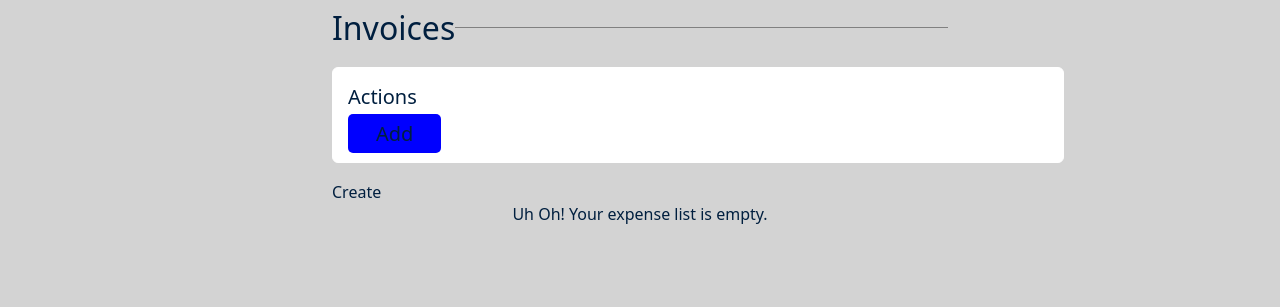
Repository: om1ars/task3
Page: /
An editor plug-in stored every save of this project. The page is shown before and after a run of saves, followed by the edit.
The browser window is 1280 px wide. The pictures show the whole page.
Some web libraries are served in a nearby version. The project was rebuilt for these pictures with package versions that can differ from the ones it lists, and the page was loaded fresh each time. Also part of the build but not shown: src/components/footer/footer.css, src/components/footer/index.js, src/constants/add-expense.js, src/components/add-form/add-form.css, src/components/add-form/success-modal.css, src/components/add-form/success-modal.js, src/components/add-form/index.js, src/pages/add-expense/add-expense.css and 3 more.

Above is the page before, as saved 2021-12-18 15:23:24.

### public/index.html
<!DOCTYPE html>
<html lang="en">
  <head>
    <meta charset="utf-8" />
    <link rel="icon" href="%PUBLIC_URL%/favicon.ico" />
    <meta name="viewport" content="width=device-width, initial-scale=1" />
    <meta name="theme-color" content="#000000" />
    <meta name="description" content="SPA to track all your expenses" />
    <link rel="apple-touch-icon" href="%PUBLIC_URL%/logo192.png" />
    <!--
      manifest.json provides metadata used when your web app is installed on a
      user's mobile device or desktop. See https://developers.google.com/web/fundamentals/web-app-manifest/
    -->
    <link rel="manifest" href="%PUBLIC_URL%/manifest.json" />
    <link rel="preconnect" href="https://fonts.googleapis.com" />
    <link rel="preconnect" href="https://fonts.gstatic.com" crossorigin />
    <link
      href="https://fonts.googleapis.com/css2?family=Noto+Sans&display=swap"
      rel="stylesheet"
    />
    <link
      rel="stylesheet"
      href="https://cdn-uicons.flaticon.com/uicons-regular-rounded/css/uicons-regular-rounded.css"
    />
    <link
      rel="stylesheet"
      href="https://cdn.jsdelivr.net/gh/devicons/devicon@v2.12.0/devicon.min.css"
    />
    <title>Xpensr</title>
  </head>
  <body>
    <noscript>You need to enable JavaScript to run this app.</noscript>
    <div id="root"></div>
    <!--
      This HTML file is a template.
      If you open it directly in the browser, you will see an empty page.

      You can add webfonts, meta tags, or analytics to this file.
      The build step will place the bundled scripts into the <body> tag.

      To begin the development, run `npm start` or `yarn start`.
      To create a production bundle, use `npm run build` or `yarn build`.
    -->
  </body>
</html>

### src/index.js
import React from "react";
import ReactDOM from "react-dom";
import "./index.css";
import App from "./App";
import reportWebVitals from "./reportWebVitals";
import { Provider } from "react-redux";
import store from "./redux/store/index";

ReactDOM.render(
  <Provider store={store}>
    <App />
  </Provider>,
  document.getElementById("root")
);

// If you want to start measuring performance in your app, pass a function
// to log results (for example: reportWebVitals(console.log))
// or send to an analytics endpoint. Learn more: https://bit.ly/CRA-vitals
reportWebVitals();

### src/index.css
body {
  margin: 0;
  font-family: "Noto Sans", sans-serif;
  -webkit-font-smoothing: antialiased;
  -moz-osx-font-smoothing: grayscale;
  background-color: lightgray;
  color: #001f3f;
}
a {
  text-decoration: none;
  color: #001f3f;
}
.button {
  /* background: #71ccca; */
  box-shadow: 20px 20px 60px #60adac, -20px -20px 60px #82ebe8;
}
code {
  font-family: source-code-pro, Menlo, Monaco, Consolas, "Courier New",
    monospace;
}

### src/App.js
import React from "react";
import { BrowserRouter as Router, Route, Switch } from "react-router-dom";
import Footer from "./components/footer";
import Header from "./components/header";
import AddExpense from "./pages/add-expense";
import Home from "./pages/home/index";

const App = () => {
  return (
    <Router>
      <Header />
      <Switch>
        <Route path="/" exact component={Home} />
        <Route path="/add-expense" component={AddExpense} />
      </Switch>
    </Router>
  );
};

export default App;

### src/redux/store/index.js
import { combineReducers, createStore } from "redux";
import { expenseReducer } from "../reducers/expenses";
const reducer = combineReducers({
  expenses: expenseReducer,
});
const initialState = {};
const store = createStore(reducer, initialState);

export default store;

### src/components/header/index.js
import React from "react";
import "./header.css";
const Header = () => {
  return (
    <div className="header-container">
      <div className="header" style={{ display: "flex", alignItems: "center" }}>
        <div className="header-logo">
          Invoices
        </div>
        <div
          style={{ height: "1px", width: "100%", backgroundColor: "gray" }}
        ></div>
      </div>
    </div>
  );
};

export default Header;

### src/pages/home/index.js
import React from "react";
import ExpenseList from "../../components/expense-list";
import Footer from "../../components/footer";
import Header from "../../components/header";
import TopFold from "../../components/top-fold";
import "./home.css";
const Home = () => {
  return (
    <div className="home">
      <TopFold />
      <ExpenseList />
    </div>
  );
};

export default Home;

### src/redux/reducers/expenses.js
import {
  ADD_EXPENSE,
  DELETE_EXPENSE,
  SEARCH_EXPENSE,
} from "../action-types/expenses";

const initialList = () => {
  const list = localStorage.getItem("expense-list");
  let expenses = [];
  if (list) {
    expenses = JSON.parse(list);
  }
  return expenses;
};
const initialState = {
  expenseList: initialList(),
  query: "",
};

export const expenseReducer = (state = initialState, action) => {
  switch (action.type) {
    case ADD_EXPENSE: {
      localStorage.setItem(
        "expense-list",
        JSON.stringify([...state.expenseList, action.data])
      );
      return {
        ...state,
        expenseList: [...state.expenseList, action.data],
        query: "",
      };
    }
    case DELETE_EXPENSE: {
      const { data } = action;
      const updatedList = state.expenseList.filter(
        (item) => item.createdAt !== data.createdAt
      );
      localStorage.setItem("expense-list", JSON.stringify(updatedList));
      return {
        ...state,
        expenseList: updatedList,
      };
    }
    case SEARCH_EXPENSE: {
      const { query } = action;
      return {
        ...state,
        query,
      };
    }
    default:
      return {
        ...state,
      };
  }
};

### src/components/header/header.css
.header-container {
  width: 50%;
  margin: auto;
}
.header {
  display: flex;
  justify-content: space-between;
  align-items: center;
  flex: 1;
  margin: 6px 12px;
}
.header-logo {
  display: flex;
  align-items: center;
  font-size: 32px;
  font-weight: 500;
}
.header-logo i {
  display: flex;
  align-items: center;
  margin-left: 6px;
}

.header-button {
  font-size: 20px;
  display: flex;
  justify-content: center;
  align-items: center;
  border: 1px solid black;
  border-radius: 6px;
  padding: 0px 8px;
}
.header-button i {
  margin-right: 4px;
}

@media only screen and (max-width: 1024px) {
  .header-container {
    width: 90%;
  }
  .header-logo {
    font-size: 28px;
  }
  .header-button {
    font-size: 18px;
  }
}

@media only screen and (max-width: 512px) {
  .header-container {
    width: 100%;
  }
  .header-logo {
    font-size: 24px;
  }
  .header-button {
    font-size: 16px;
  }
}

### src/components/top-fold/index.js
import React, { useEffect, useState } from "react";
import { Link, useLocation } from "react-router-dom";
import "./top-fold.css";
import { useDispatch } from "react-redux";
import { searchExpense } from "../../redux/actions/expenses";
const TopFold = () => {
  const [query, setQuery] = useState("");
  const dispatch = useDispatch();
  const handleQuery = (e) => {
    setQuery(e.target.value);
    dispatch(searchExpense(e.target.value));
  };
  return (
    <div className="topfold">
      {window.location.pathname === "/" ? (
        <div className="home-topfold">
          <Link to="/add-expense">
            <div
              className="add-button"
              style={{
                width: "700px",
                backgroundColor: "white",
                padding: 15,
              }}
            >
              <div style={{ marginBottom: 10 }}>Actions</div>
              <label
                style={{
                  padding: "6px 28px",
                  borderRadius: "5px",
                  backgroundColor: "blue",
                }}
              >
                Add
              </label>
            </div>
          </Link>
        </div>
      ) : (
        <div className="add-topfold">
          <Link to="/">
            <div className="add-topfold-button">
              <i class="fi-rr-angle-left"></i>
              <label>Back</label>
            </div>
          </Link>
          <Link to="/">
            <div className="add-topfold-button">
              <i class="fi-rr-cross-circle"></i>
              <label>Cancel</label>
            </div>
          </Link>
        </div>
      )}
    </div>
  );
};

export default TopFold;

### src/components/expense-list/index.js
import React, { useEffect, useState } from "react";
import { useSelector } from "react-redux";
import { toast, ToastContainer } from "react-toastify";
import Card from "./card";
import "./expense-list.css";
const ExpenseList = () => {
  const { expenseList: list, query } = useSelector((state) => state.expenses);
  const filteredList = list.filter((item) => item.title.includes(query));

  const notifySuccess = () => toast.success("Expense Deleted!");
  return (
    <div className="expense-list">
      <ToastContainer
        position="bottom-left"
        autoClose={1500}
        hideProgressBar={false}
        newestOnTop={false}
        closeOnClick
      />
      <div>Create</div>

      {list.length ? (
        filteredList.map((item) => (
          <>
            <Card item={item} notifySuccess={notifySuccess} />
          </>
        ))
      ) : (
        <div className="empty-state">
          <label>Uh Oh! Your expense list is empty.</label>
        </div>
      )}
    </div>
  );
};

export default ExpenseList;

### src/pages/home/home.css
.home {
  width: 50%;
  margin: auto;
}

@media only screen and (max-width: 1024px) {
  .home {
    width: 90%;
  }
}

@media only screen and (max-width: 512px) {
  .home {
    width: 100%;
  }
}

### src/redux/action-types/expenses.js
export const ADD_EXPENSE = "ADD_EXPENSE";

export const DELETE_EXPENSE = "DELETE_EXPENSE";

export const SEARCH_EXPENSE = "SEARCH_EXPENSE";

### src/redux/actions/expenses.js
import {
  ADD_EXPENSE,
  DELETE_EXPENSE,
  SEARCH_EXPENSE,
} from "../action-types/expenses";

export const addExpense = (data) => {
  return {
    type: ADD_EXPENSE,
    data,
  };
};

export const deleteExpense = (data) => {
  console.log(data, "Action");
  return {
    type: DELETE_EXPENSE,
    data,
  };
};

export const searchExpense = (query) => {
  console.log(query);
  return {
    type: SEARCH_EXPENSE,
    query,
  };
};

### src/components/top-fold/top-fold.css
.topfold {
  display: flex;
  justify-content: space-between;
  margin: 6px 12px;
  padding: 12px 0px;
  align-items: center;
}
.home-topfold {
  display: flex;
  justify-content: space-between;
  flex: 1;
}
.searchbar {
  display: flex;
  align-items: center;
  width: 50%;
  background-color: white;
  border-radius: 12px;
}
.searchbar input {
  width: 80%;
  outline: none;
  padding: 8px 0px;
  border: none;
  margin-left: 6px;
  background-color: white;
}

.searchbar i {
  display: flex;
  align-items: center;
  margin-left: 6px;
}

.add-button {
  /* display: flex; */
  align-items: center;
  border-radius: 4px;
  border: 1px solid white;
  font-size: 20px;
  padding: 0px 8px;
  border-radius: 6px;
  cursor: pointer;
}

.add-button i {
  display: flex;
  align-items: center;
  margin-right: 4px;
}
.add-topfold {
  display: flex;
  justify-content: space-between;
  flex: 1;
}
.add-topfold-button {
  display: flex;
  align-items: center;
  font-size: 18px;
  cursor: pointer;
}
.add-topfold-button i {
  display: flex;
  align-items: center;
  margin-right: 4px;
}

@media only screen and (max-width: 1024px) {
  .add-button {
    font-size: 18px;
  }
  .searchbar {
    width: 70%;
  }
}

@media only screen and (max-width: 512px) {
  .add-button {
    font-size: 16px;
  }
}

### src/components/expense-list/expense-list.css
.expense-list {
  margin: 6px 12px;

  display: flex;
  flex-direction: column;
  flex: 1;
}
.empty-state {
  display: flex;
  justify-content: center;
  align-items: center;
  flex-direction: column;
}
.empty-image {
  height: 360px;
}

@media only screen and (max-width: 1024px) {
  .empty-image {
    height: 320px;
  }
}

@media only screen and (max-width: 512px) {
  .empty-image {
    height: 240px;
  }
}

Loaded but not shown: src/reportWebVitals.js (common file)

After the next 3 saves:
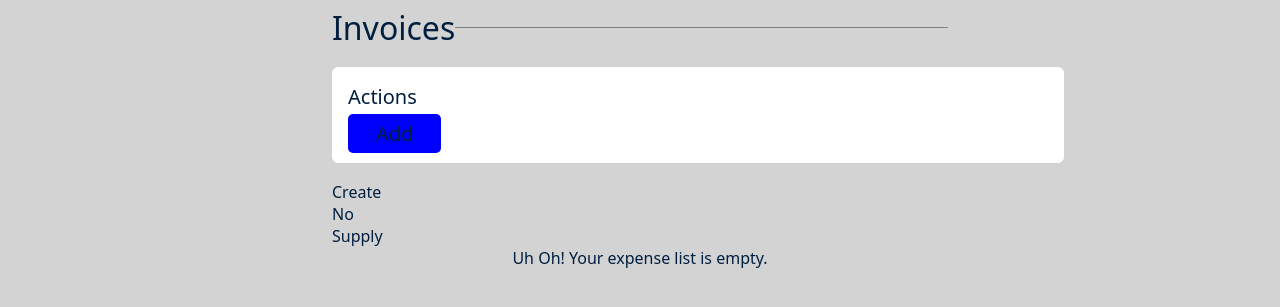
The 3 saves are shown as one change because they came seconds apart.
The last was saved 13 s later.
--- a/src/components/expense-list/index.js
+++ b/src/components/expense-list/index.js
@@ -18,6 +18,8 @@ const ExpenseList = () => {
         closeOnClick
       />
       <div>Create</div>
+      <div>No</div>
+      <div>Supply</div>
 
       {list.length ? (
         filteredList.map((item) => (
